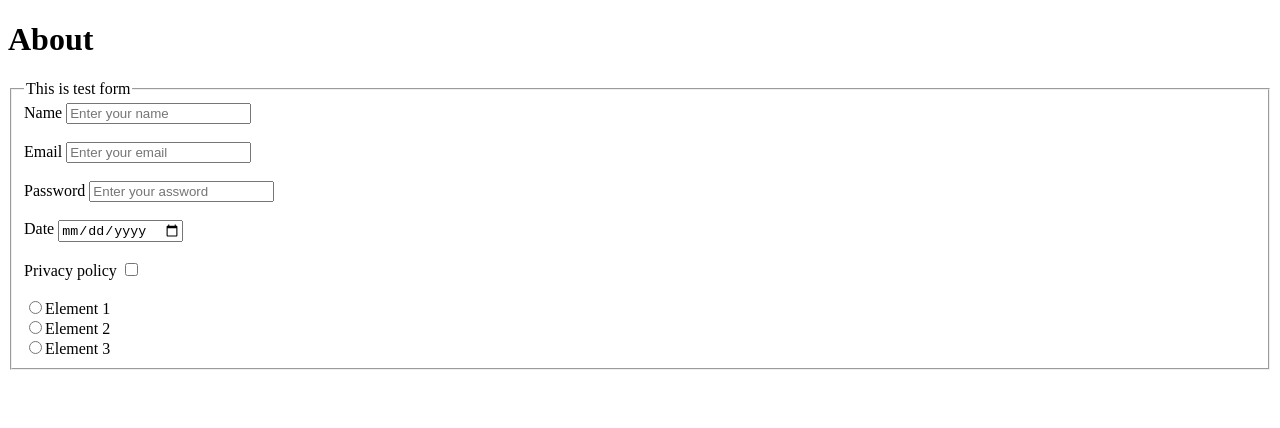
Repository: fisikusari/test-repo
Page: about.html
An editor plug-in stored every save of this project. The page is shown before and after the next save, followed by the edit.
The browser window is 1280 px wide. The pictures show the whole page.

Above is the page before, as saved 2021-11-11 19:18:34.

After the next save:
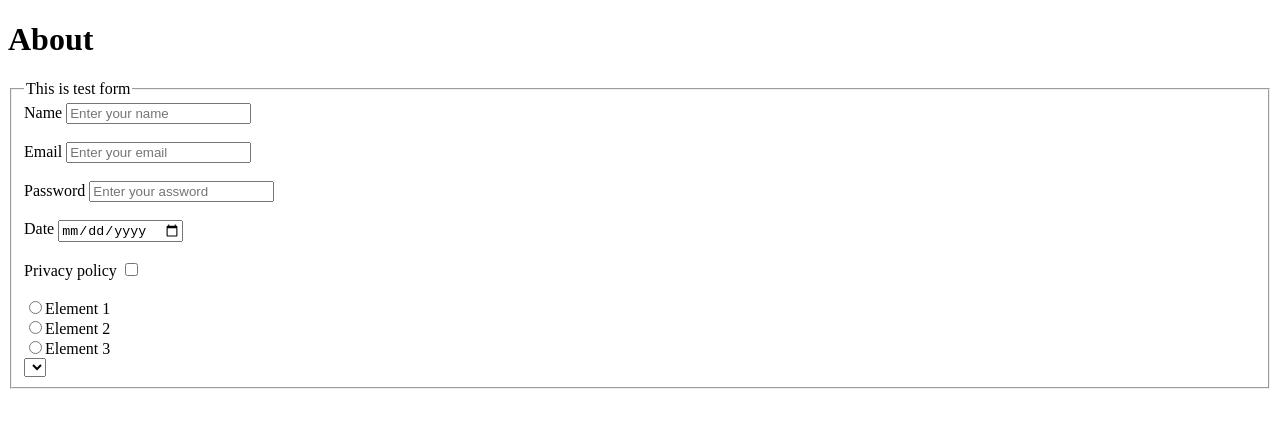
Saved 9 min 15 s later.
--- a/about.html
+++ b/about.html
@@ -30,6 +30,7 @@
         <input type="radio" name="default_name" value="2">Element 2 <br>
         <input type="radio" name="default_name" value="3">Element 3 <br>
       </label>
+      <select name="" id=""></select>
     </fieldset>
     <!--Fieldset Ends here-->
   </form>
